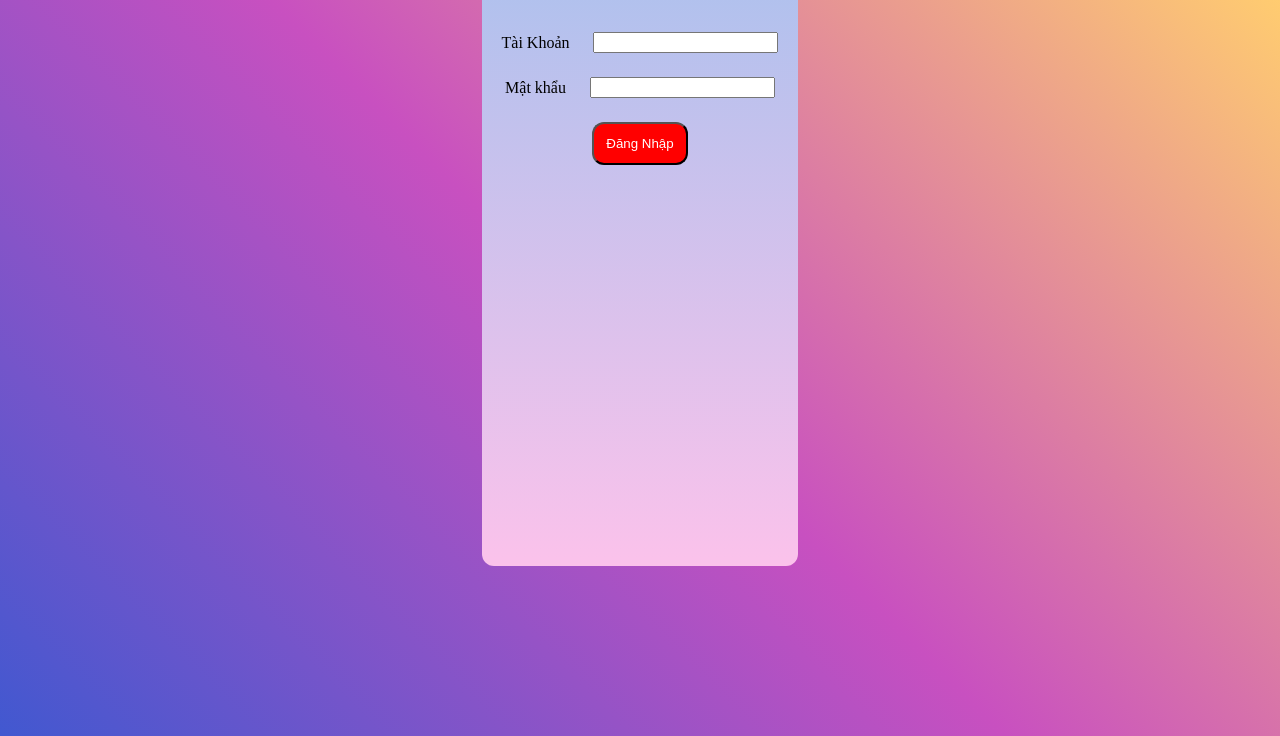
Repository: Khuongg01/Ban-Dong-ho
Page: http://localhost/pages/main/dangnhap.php
These files come from the project's save history. The page is drawn as it stood at one moment and after the next save; the edit follows.
The browser window is 1280 px wide. The pictures show the whole page.
The page is run by PHP 8.4 with error messages shown; the project is at /var/www/html/.

Above is the page before, as saved 2022-04-13 19:56:15.

After the next save:
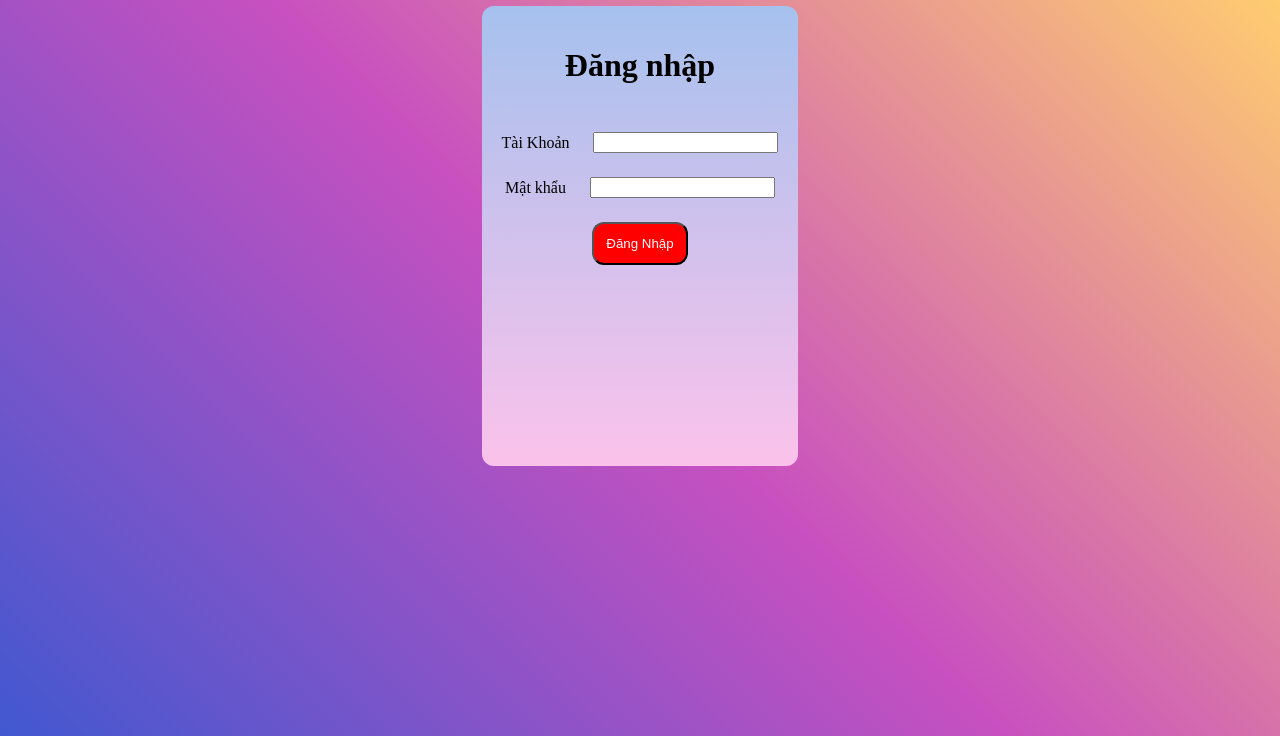
Saved 9 s later.
--- a/pages/main/dangnhap.php
+++ b/pages/main/dangnhap.php
@@ -40,7 +40,7 @@
             background-image: linear-gradient(to top, #fbc2eb 0%, #a6c1ee 100%);
             padding: 20px;
             border-radius:12px;
-            height:620px;
+            height:420px;
         }
         .warpper h1 {
             text-align: center;
